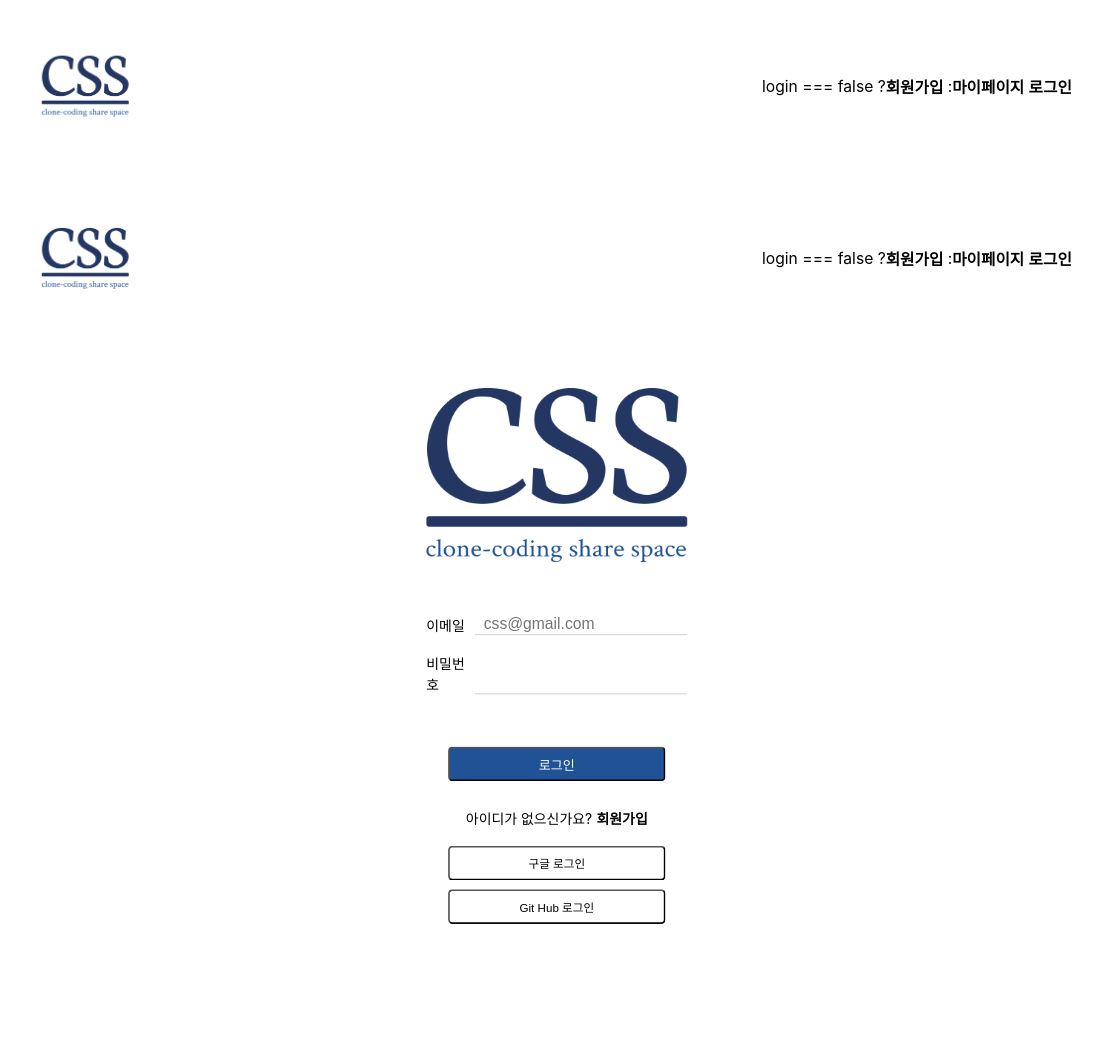
Repository: YS739/React-project-CSS
Page: /login
These files come from the project's save history. The page is drawn as it stood at one moment and after the next save; the edit follows.
The browser window is 1280 px wide. The pictures show the whole page, at 87% of full size.
The project was rebuilt for these pictures with package versions that can differ from the ones it lists, and the page was loaded fresh each time. Also part of the build but not shown: src/components/DetailPage/AddComment/style.js, src/common/firebase.ts, src/components/DetailPage/AddComment/AddComment.jsx, src/components/DetailPage/CommentList/style.js, src/components/DetailPage/Comment/style.js, src/components/DetailPage/Comment/Comment.jsx, src/components/DetailPage/CommentList/CommentList.tsx, src/components/DetailPage/DetailVideo/style.js and 19 more.

Above is the page before, as saved 2023-01-21 16:56:36.

After the next save:
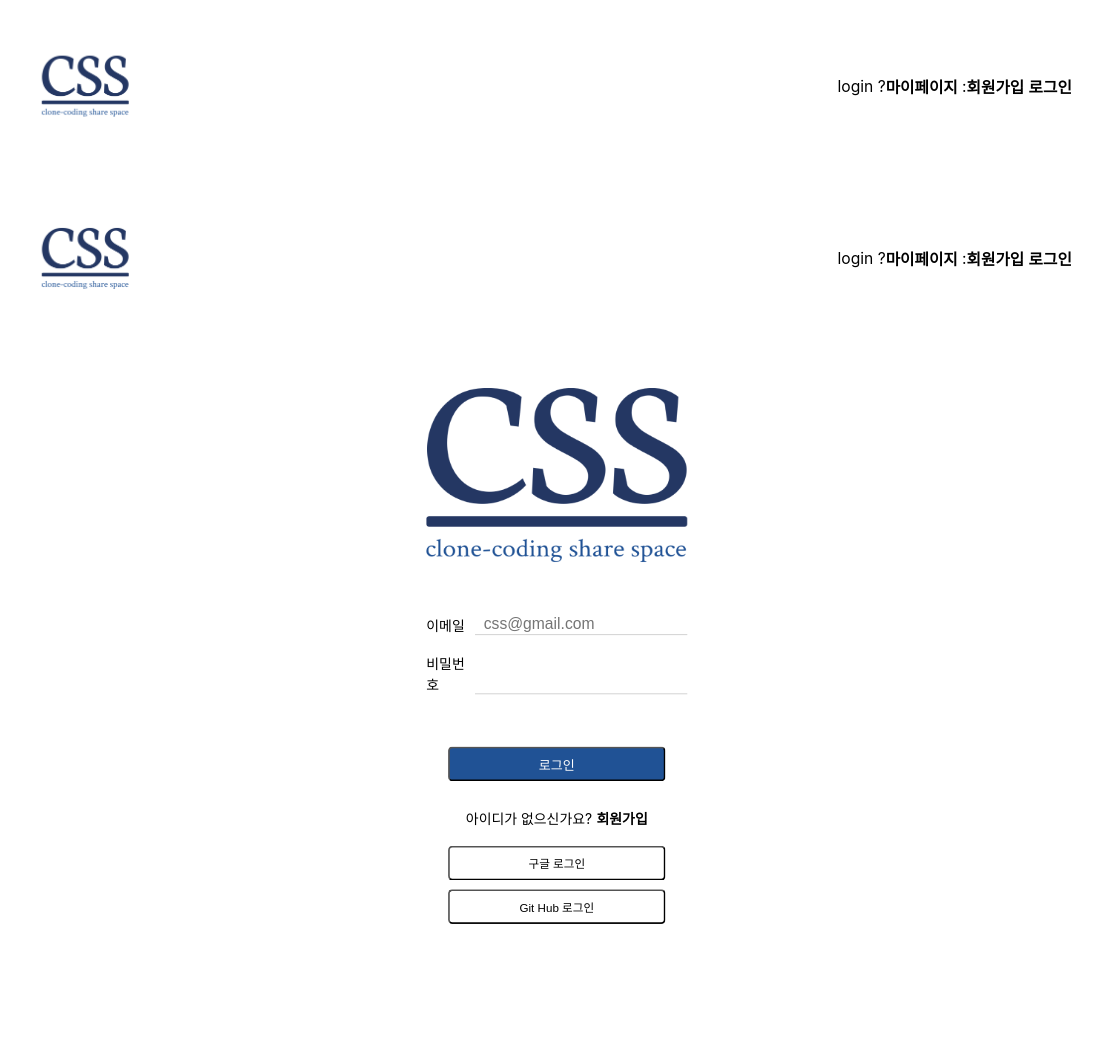
Saved 58 s later.
--- a/src/components/GlobalComponents/Header/Header.jsx
+++ b/src/components/GlobalComponents/Header/Header.jsx
@@ -14,7 +14,7 @@ const Header = () => {
     <Container>
       <Logo src={require('../../../assets/css_logo.png')} alt="css" />
       <LoginToggle>
-        login === false ? <SignUp>회원가입</SignUp>: <SignUp>마이페이지</SignUp>
+        login ?<SignUp>마이페이지</SignUp>: <SignUp>회원가입</SignUp>
         <Login>로그인</Login>
       </LoginToggle>
     </Container>
